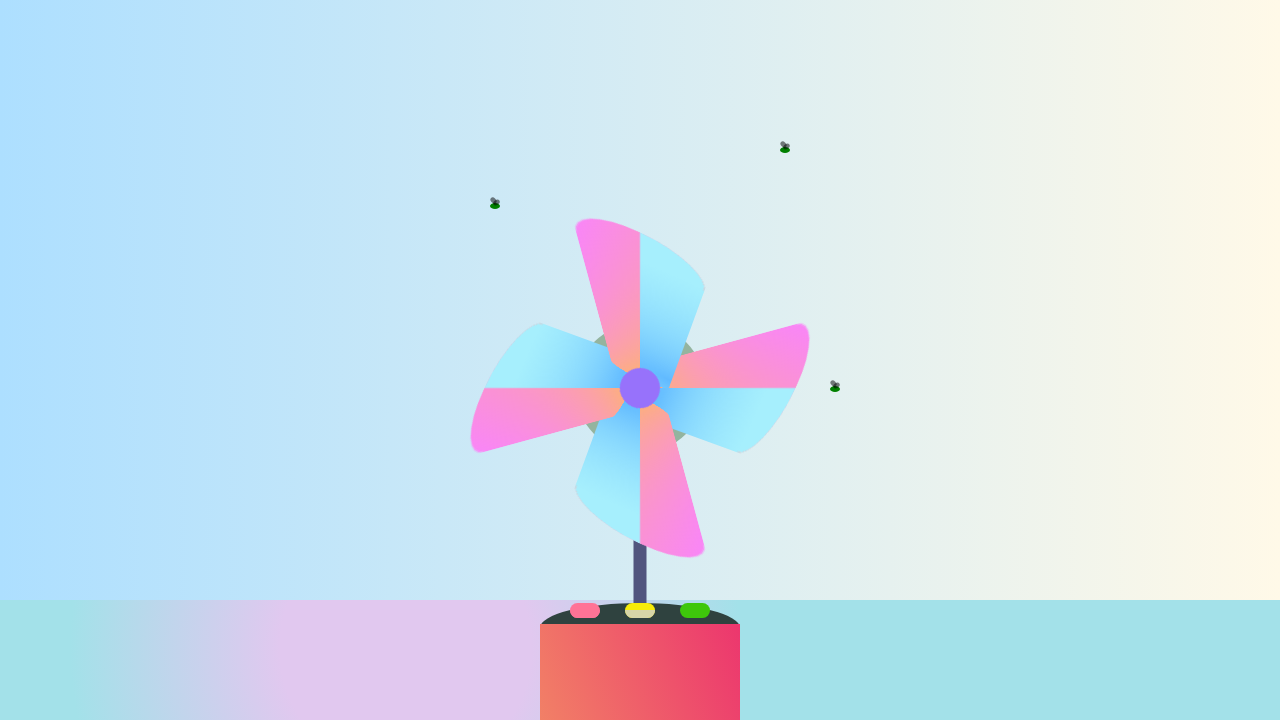
Repository: VuTuanAnh0949/CodeFan
Page: index.html
These files come from the project's save history. The page is drawn as it stood at one moment and after the next save; the edit follows.
The browser window is 1280 px wide. The pictures show the whole page.

Above is the page before, as saved 2022-06-22 12:05:41.

### index.html
<!DOCTYPE html>
<html lang="en">
<head>
    <meta charset="UTF-8">
    <meta http-equiv="X-UA-Compatible" content="IE=edge">
    <meta name="viewport" content="width=device-width, initial-scale=1.0">
    <title>Document</title>
    <link rel="stylesheet" href="style.css">
</head>
<body>
    <div class="windows">
        <div class="window"></div>

    </div>
    <div class="fan">
        <div class="fan__root"> <span class="top"> <label class="green" for="engine"></label> <label class="yellow"
                    for="engine2"></label> <label class="pink" for="jack"></label> </span> <span class="bottom"></span>
        </div>
        <div class="fan__staddle"></div> <input type="checkbox" id="jack" hidden />
        <div class="head">
            <div class="fan__engine"> <span class="center"></span> </div> <input type="checkbox" id="engine" hidden
                checked />
            <div> <span class="fly"></span> <span class="fly"></span> <span class="fly"></span>
                <div class="fan__blades"> <input type="checkbox" id="engine2" hidden checked />
                    <div class="fan__blades">
                        <div class="center"></div>
                        <div class="blade"><span></span></div>
                        <div class="blade"><span></span></div>
                        <div class="blade"><span></span></div>
                        <div class="blade"><span></span></div>
                    </div>
                </div>
            </div>
        </div>
    </div>

</body>
</html>

### style.css
html {
    overflow: hidden;
}

body {
    overflow: hidden;
    margin: 0;
    padding: 0;
    background: linear-gradient(90deg, #addfff, #fff9e8);
    display: flex;
    justify-content: center;
    align-items: center;
    width: 100vw;
    height: 100vh;
    position: relative;
}

body::after {
    position: absolute;
    width: 100%;
    content: "";
    height: calc(100% - 600px);
    z-index: 0;
    background-image: radial-gradient( circle 588px at 31.7% 40.2%,  rgba(225,200,239,1) 21.4%, rgba(163,225,233,1) 57.1% );
    bottom: 0;
}

@keyframes spin {
    from {
        transform: rotate(0deg);
    }

    to {
        transform: rotate(360deg);
    }
}

@keyframes off {
    to {
        transform: rotate(380deg);
    }
}

@keyframes off2 {
    to {
        transform: rotate(880deg);
    }
}

@keyframes fly {
    to {
        margin-top: 50px;
    }
}

span {
    display: block;
}

.windows {
    width: 100vw;
    height: 100vh;
    position: absolute;
    z-index: 0;
    top: 0;
    left: 0;
    display: flex;
    align-content: flex-start;
}


.fly {
    transition: 0.5s all cubic-bezier(0.04, 0.06, 0, 1.18), 1s transform;
    width: 10px;
    height: 6px;
    background: green;
    border-radius: 50%;
    position: absolute;
    animation: fly 5s alternate infinite ease-in-out;
}

.fly:nth-of-type(1) {
    top: -78px;
    left: -200px;
}

.fly:nth-of-type(2) {
    transform: translateY(-10px);
    animation-delay: 4s;
    top: 5px;
    right: -250px;
}

.fly:nth-of-type(3) {
    transform: translateY(0px);
    top: 400px;
    animation-delay: 2s;
    right: -400px;
}

.fly::after,
.fly::before {
    content: "";
    position: absolute;
    width: 7px;
    height: 5px;
    background-color: rgba(0, 0, 0, 0.5);
    display: block;
    border-radius: 50%;
}

.fly::before {
    bottom: 4px;
    transform: rotate(325deg);
    left: 3px;
}

.fly::after {
    transform: rotate(45deg);
    bottom: 6px;
}

.fan {
    width: 500px;
    height: 500px;
    position: relative;
    z-index: 1;
    margin-top: 75px;
    perspective: 500px;
}

.fan::after {
    content: "";
    display: block;
    position: absolute;
    height: 500px;
    width: 200px;
    background-image: linear-gradient( 68.3deg,  rgba(245,177,97,1) 0.4%, rgba(236,54,110,1) 100.2% );
    top: calc(100% - 24px);
    left: calc(50% - 100px);

}

.fan__root {
    width: 200px;
    position: absolute;
    bottom: 0;
    left: 50%;
    transform: translateX(-50%);
}

.fan__root .top {
    overflow: hidden;
    width: 200px;
    height: 25px;
    position: relative;
}

.fan__root .top::after {
    content: "";
    display: block;
    width: 200px;
    height: 50px;
    background: #2f423f;
    border-radius: 50%;
}

.fan__root .top .green {
    position: absolute;
    width: 30px;
    height: 15px;
    border-radius: 15px;
    display: block;
    right: 30px;
    background: #3EC70B;
    cursor: pointer;
    overflow: hidden;
}

.fan__root .top .yellow {
    position: absolute;
    width: 30px;
    height: 15px;
    border-radius: 15px;
    display: block;
    right: 85px;
    background: #F7EC09;
    cursor: pointer;
    overflow: hidden;
}

.fan__root .top .yellow::after {
    content: "";
    display: block;
    width: 100%;
    height: 50%;
    position: absolute;
    bottom: 0;
    background: #F7EC09;
}

.fan__root .top .yellow::after {
    content: "";
    display: block;
    width: 100%;
    height: 50%;
    position: #F7EC09;
    bottom: 0;
    background: #D6D5A8;
}

.fan__root .top .pink {
    position: absolute;
    cursor: pointer;
    width: 30px;
    height: 15px;
    border-radius: 15px;
    display: block;
    left: 30px;
    background: #FF7396;
    overflow: hidden;
}

.fan__root .top .pink::after {
    content: "";
    display: block;
    width: 100%;
    height: 50%;
    position: absolute;
    bottom: 0;
    background: #FF7396;
}

.fan__root .bottom {
    overflow: hidden;
    width: 500px;
    height: 20px;
}

.fan__root .bottom::after {
    content: "";
    display: block;
    width: 200px;
    height: 40px;
    background: #2f423f;
    border-radius: 18%;
    transform: translateY(-30px);
}

.fan__staddle {
    position: absolute;
    bottom: 45px;
    background: #51557E;
    height: 270px;
    width: 13px;
    left: 50%;
    transform: translateX(-50%);
}

.fan__engine {
    position: absolute;
    bottom: 0px;
    width: 130px;
    height: 130px;
    background: #94B49F;
    border-radius: 50%;
    left: 50%;
    transform: translateX(-50%);
}

.fan__engine::after {
    content: "";
    background: red;
    display: block;
    width: 25px;
    height: 50px;
    position: absolute;
    top: 105px;
    left: 50%;
    transform: translateX(-50%);
    border-radius: 0 0 5px 5px;
}

.fan__blades {
    width: 230px;
    height: 230px;
    position: absolute;
    bottom: -50px;
    transition: 2s;
    transform-origin: center center;
    left: calc(50% - 115px);
    z-index: 1;
    animation: spin infinite 0.38s linear forwards;
}

.fan__blades .fan__blades {
    bottom: 0;
    animation: spin infinite 0.5s linear forwards;
}

.fan__blades .blade {
    position: absolute;
    width: 80px;
    height: 100%;
    left: 50%;
    transform: translateX(-50%) skewY(25deg);
    perspective: 500px;
    transform-style: preserve-3d;
}

.fan__blades .blade:nth-child(2) {
    transform: translateX(-50%) rotate(90deg) skewY(25deg);
}

.fan__blades .blade:nth-child(3) {
    transform: translateX(-50%) rotate(180deg) skewY(25deg);
}

.fan__blades .blade:nth-child(4) {
    transform: translateX(-50%) rotate(270deg) skewY(25deg);
}

.fan__blades .blade span {
    width: 100%;
    height: 200%;
    border-radius: 44px;
    background-image: linear-gradient( 102.4deg,  rgba(253,189,85,1) 7.8%, rgba(249,131,255,1) 100.3% );;
    position: absolute;
    top: -66px;
    display: block;
    transform-style: preserve-3d;
    transform: rotateX(81deg);
    overflow: hidden;
}

.fan__blades .blade span::after {
    width: 50%;
    height: 100%;
    content: "";
    display: block;
    background-image: radial-gradient( circle farthest-corner at 10% 20%,  rgba(97,186,255,1) 0%, rgba(166,239,253,1) 90.1% );
    transform: rotate(0deg);
}

.fan__blades .center {
    position: absolute;
    overflow: hidden;
    width: 40px;
    height: 40px;
    border-radius: 50%;
    left: 50%;
    top: 50%;
    transform: translate(-50%, -50%) rotate(45deg);
    background: #9772FB;
    z-index: 2;
}

.fan__blades .center::after {
    display: block;
    content: "";
    width: 40px;
    height: 20px;
    background: #9772FB;
}

.head {
    transition: 1s transform;
    height: auto;
    width: auto;
    position: absolute;
    width: 300px;
    height: 300px;
    bottom: 195px;
    left: calc(50% - 150px);
    /* transform: translateX(-50%); */
}

#engine:checked+div>div {
    animation: off2 1s ease-out forwards;
}

#engine:checked+div>span:nth-child(1) {
    transition: 5s all ease-in-out, 1s transform;
    left: 0px;
    top: 0px;
}

#engine:checked+div>span:nth-child(2) {
    transition: 5s all ease-in-out, 1s transform;
    right: 0px;
    top: 0px;
}

#engine:checked+div>span:nth-child(3) {
    transition: 7s all ease-in-out, 1s transform;
    right: -50px;
    top: 200px;
}

#engine2:checked+div {
    animation: off 1s ease-out forwards;
}

#jack:checked+div {
    transform: translateY(-115px);
}

#jack:checked+div>div:nth-child(3)>span {
    transform: translateY(115px);
}

After the next save:
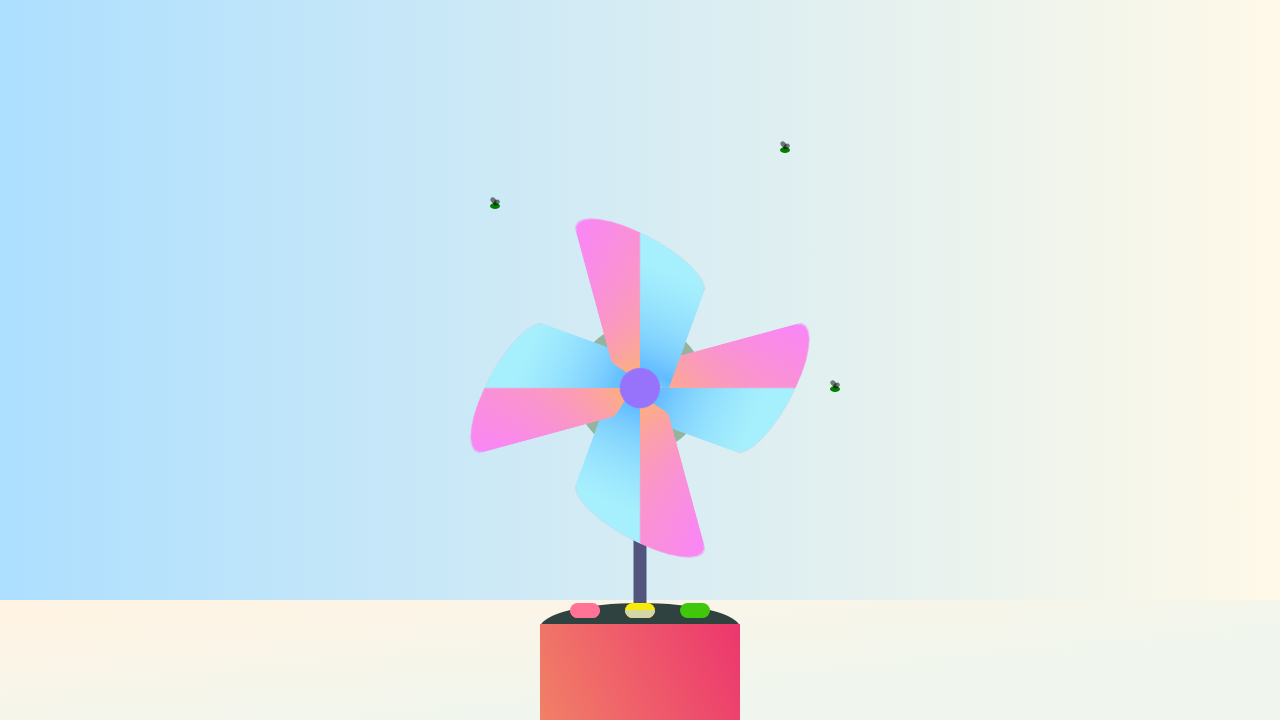
Saved 11 s later.
--- a/style.css
+++ b/style.css
@@ -21,7 +21,7 @@ body::after {
     content: "";
     height: calc(100% - 600px);
     z-index: 0;
-    background-image: radial-gradient( circle 588px at 31.7% 40.2%,  rgba(225,200,239,1) 21.4%, rgba(163,225,233,1) 57.1% );
+    background-image: linear-gradient( 174.2deg,  rgba(255,244,228,1) 7.1%, rgba(240,246,238,1) 67.4% );
     bottom: 0;
 }
 
